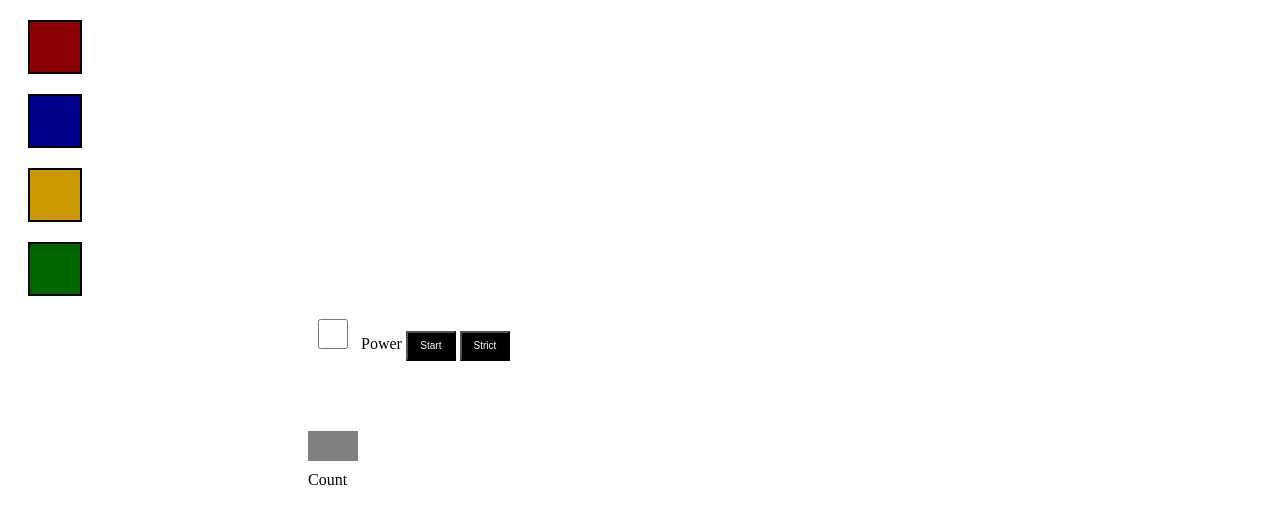
Repository: Code-Institute-Submissions/The-Simon-Game
Page: index.html
The author's editor kept a record of every edit. The page is drawn from the files as they stood at one moment, then again after the next edit.
The browser window is 1280 px wide. The pictures show the whole page.
Some web libraries are served in a nearby version.

Above is the page before.

### index.html
<!DOCTYPE html>
<html lang="en">

<head>
  <meta charset="UTF-8">
  <meta name="viewport" content="width=device-width, initial-scale=1.0">
  <meta http-equiv="X-UA-Compatible" content="ie=edge">
  <link rel="stylesheet" href="css/style.css" type="text/css" />
  <script src="https://ajax.googleapis.com/ajax/libs/jquery/3.2.1/jquery.min.js"></script>
  <title>The Simon Game</title>
</head>

<body>
  <section>
    <div id='colorBoxes' class='red' onclick='play();'>
       <audio id='audio' src='https://s3.amazonaws.com/freecodecamp/simonSound1.mp3'></audio>
    </div>
    <div id="colorBoxes" class="blue" onclick='audio'>
      <audio src='https://s3.amazonaws.com/freecodecamp/simonSound2.mp3'></audio>
    </div>
    <div id="colorBoxes" class="yellow" onclick='audio'>
      <audio src='https://s3.amazonaws.com/freecodecamp/simonSound3.mp3'></audio>
    </div>
    <div id="colorBoxes" class="green" onclick='audio'>
      <audio src='https://s3.amazonaws.com/freecodecamp/simonSound4.mp3'></audio>
    </div>
    <input type="checkbox" id='power' class='onOffButton'>Power</input>
    <button id="start" class="startButton">Start</button>
    <button id="strict" class="strictButton">Strict</button>
    <div id="counterBox" class="turn"></div>
    <div class="count">Count</div>
  </section>
</body>

<script type="text/javascript" src="js/script.js"></script>
<script src="https://stackpath.bootstrapcdn.com/bootstrap/4.3.1/js/bootstrap.min.js"
integrity="sha384-JjSmVgyd0p3pXB1rRibZUAYoIIy6OrQ6VrjIEaFf/nJGzIxFDsf4x0xIM+B07jRM"
crossorigin="anonymous"></script>
</html>

### css/style.css
.startButton {
    height: 30px;
    width: 50px;
    background-color: black;
    color: white;
    font-size: 10px;
}

.strictButton {
    height: 30px;
    width: 50px;
    background-color: black;
    color: white;
    font-size: 10px;
}

.onOffButton {
    margin-left: 300px;
    height: 30px;
    width: 50px;
    background-color: black;
    color: white;
    font-size: 10px;
}

.turn {
    position: absolute;
    background: grey;
    color: blue;
    font-family: courier;
    font-size: 20px;
    height: 30px;
    width: 50px;
    margin-left: 300px;
    margin-top: 70px;
    text-align: center;
    vertical-align: middle;
    line-height: 30px;
}

.count {
    margin-left: 300px;
    margin-top: 110px;
}

.red {
    border: 2px solid black;
    background-color: darkred;
    height: 50px;
    width:50px;
    margin:20px;
}

.blue {
    border: 2px solid black;
    background-color: darkblue;
    height: 50px;
    width:50px;
    margin:20px;
}

.yellow {
    border: 2px solid black;
    background-color: #cc9900;
    height: 50px;
    width:50px;
    margin:20px;
}

.green {
    border: 2px solid black;
    background-color: darkgreen;
    height: 50px;
    width:50px;
    margin:20px;
}

### js/script.js
// Varibles

let onOffButton = false;
let start = false;
let strict = false;
let level = 20;
let colorBoxes;
let color = ['red'];
let counterBox;

let red = new Audio('https://s3.amazonaws.com/freecodecamp/simonSound1.mp3');
let blue = new Audio('https://s3.amazonaws.com/freecodecamp/simonSound2.mp3');
let yellow = new Audio('https://s3.amazonaws.com/freecodecamp/simonSound3.mp3');
let green = new Audio('https://s3.amazonaws.com/freecodecamp/simonSound4.mp3');

// Power Button

$('#power').click(function() {
  onOffButton = (onOffButton == false);
  if (onOffButton) {
    onOffButton = true;
    $('#counterBox').text('--');
  }
  else {
    onOffButton = false;
    $('#counterBox').text('');
  }
  start = false;
  strict = false;
  console.log('counterBox');
});

// Start Game Button

$('#start').click(function() {
  start = (start == false);
  if (start) {
    start = true;
    $('#start').css('background-color', 'white');
    $('#start').css('color', 'black');
    $('#counterBox').text('1');
  }
  else {
    start = false;
    $('#start').css('background-color', 'black');
    $('#start').css('color', 'white');
    $('#counterBox').text('--');
  }
  strict = false;
  level = 1;
  level++;
  simonSequence();
  startGame();
});

// Strict Game Button

$('#strict').click(function() {
  strict = (strict == false);
  if (strict) {
    strict = true;
    $('#strict').css('background-color', 'red');
    $('#strict').css('color', 'black');
  }
  else {
    strict = false;
    $('#strict').css('background-color', 'black');
    $('#strict').css('color', 'white');
  }
  level = 1;
  level++;
  simonSequence();
  startGame();
  console.log('strict');
});


function startGame() {
  $('#start').click(function() {
  let color = Math.floor(Math.random() * 4);
  startGame(color);
  start;
  strict;
  simonSequence();
  console.log('color');
});
}

// Simon Sequence

function simonSequence() {
    level = 1;
    level++;
    color;
    startGame();
  $('#counterBox').text('1');
   var i = 0;
    var myInterval = setInterval(function() {
      color = simonSequence[i];
      i++;
      if (i == simonSequence.length) {
        clearInterval(myInterval);
      }
    }, 1000);
  console.log('simonSequence');
}

After the next edit:
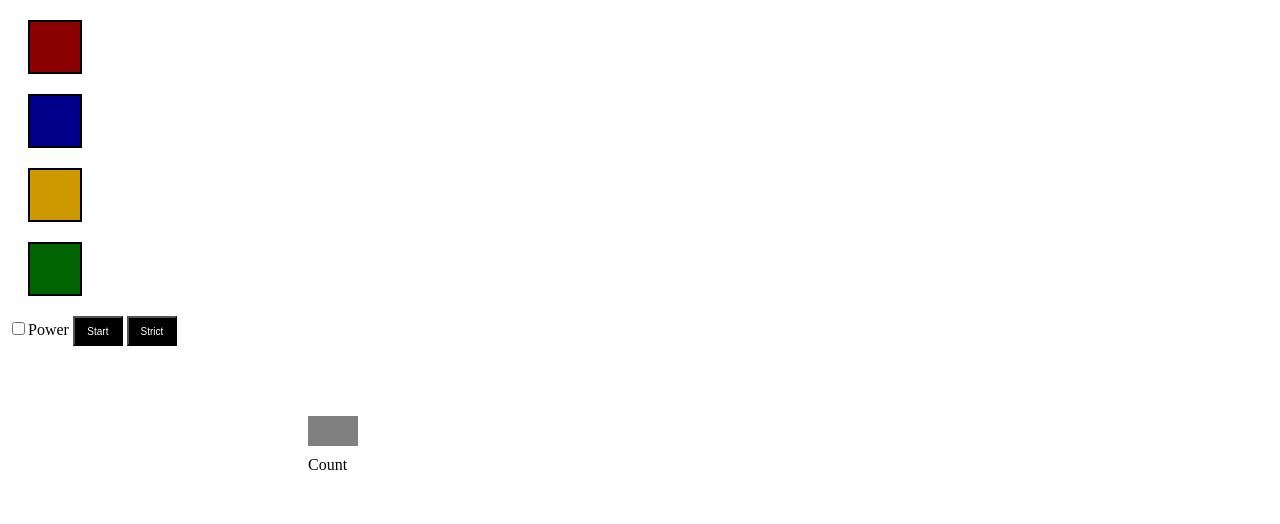
The edit:
--- a/css/style.css
+++ b/css/style.css
@@ -14,14 +14,6 @@
     font-size: 10px;
 }
 
-.onOffButton {
-    margin-left: 300px;
-    height: 30px;
-    width: 50px;
-    background-color: black;
-    color: white;
-    font-size: 10px;
-}
 
 .turn {
     position: absolute;
